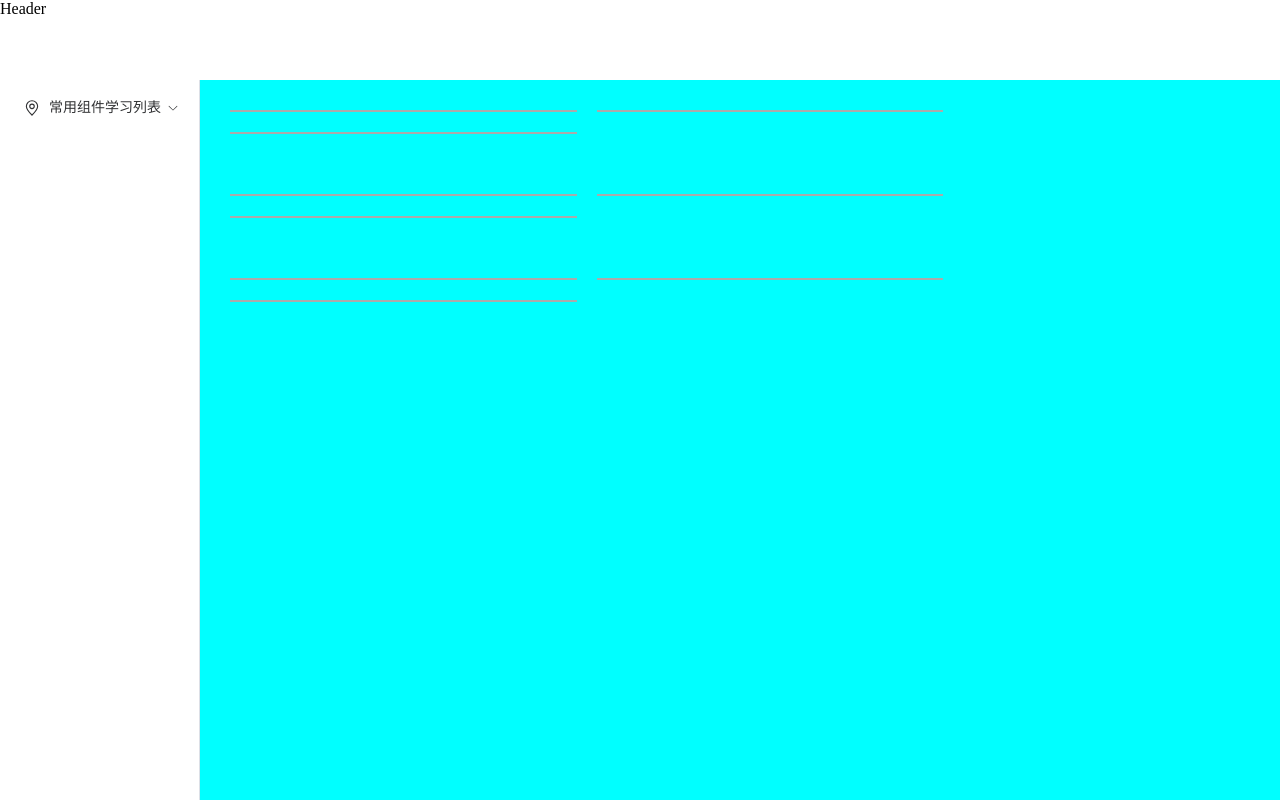
Repository: 553559555/vue3-project
Page: /#/index (app in vue3-app/)
The author's editor kept a copy of each file at every save. The page is drawn from the files as they stood at one save, then again after the next save.
The browser window is 1280 px wide. The pictures show the whole page.
The project was rebuilt for these pictures with package versions that can differ from the ones it lists, and the page was loaded fresh each time. Also part of the build but not shown: vue3-app/vite.config.ts.

Above is the page before, as saved 2025-03-24 10:54:31.

### vue3-app/src/main.ts
import { createApp } from 'vue'
import ElementPlus from 'element-plus'
import 'element-plus/dist/index.css'
import router from './router'
import pinia from './stores'
import './style.css'
import App from './App.vue'

const app = createApp(App)
app.use(ElementPlus)
app.use(router)
app.use(pinia)

app.mount('#app')

### vue3-app/src/router/index.ts
import { createRouter, createWebHashHistory, createWebHistory } from 'vue-router'
import type { RouteRecordRaw } from 'vue-router'

const routes: Array<RouteRecordRaw> = [
  {
    path: '/',
    name: 'Login',
    component: () => import('../views/login.vue')
  },
  {
    path: '/index',
    name: 'index',
    component: () => import('../views/index.vue'),
    children: [
      {
        path: '',
        name: 'Home',
        component: () => import('../views/Home.vue')
      },
      {
        path: '/about',
        name: 'About',
        component: () => import('../views/About.vue')
      }
    ]
  }

]

const router = createRouter({
  history: createWebHashHistory(),
  routes
})

export default router

### vue3-app/src/stores/index.ts
import { createPinia } from 'pinia'

const pinia = createPinia()

export default pinia

### vue3-app/src/style.css
/* CSS 重置 */
* {
  margin: 0;
  padding: 0;
  box-sizing: border-box;
}

### vue3-app/src/App.vue
<script setup lang="ts">
import { RouterView } from 'vue-router'
</script>

<template>
    <router-view />
</template>

### vue3-app/src/views/index.vue
<template>
    <div>
        <el-header>Header</el-header>
        <el-container>
            <el-aside width="200px">
                <home-left />
            </el-aside>
            <el-main>
                <router-view>
                </router-view>
            </el-main>
        </el-container>
    </div>
</template>

<script setup>

import { RouterView } from 'vue-router'
import HomeLeft from './components/home-left.vue'

</script>



<style scoped lang="scss">
div {
    width: 100vw;
    height: 100vh;
    box-sizing: border-box;

    .el-header {
        height: 80px;
        padding: 0;
    }


    .el-container {
        height: 100%;
        width: 100%;
    }

    .el-main {
        margin: 0px;
        padding: 0px;
        width: 100%;
        height: 100%;
    }
}
</style>

### vue3-app/src/views/Home.vue
<template>
  <div class="home-container">
    <el-row class="row" :span="8">
      <el-col :span="8">
        <div class="grid-content ep-bg-purple-dark" />
      </el-col>
      <el-col :span="8">
        <div class="grid-content ep-bg-purple-dark" />
      </el-col>
      <el-col :span="8">
        <div class="grid-content ep-bg-purple-dark" />
      </el-col>
    </el-row>

    <el-row class="row" :span="8">
      <el-col :span="8">
        <div class="grid-content ep-bg-purple-dark" />
      </el-col>
      <el-col :span="8">
        <div class="grid-content ep-bg-purple-dark" />
      </el-col>
      <el-col :span="8">
        <div class="grid-content ep-bg-purple-dark" />
      </el-col>
    </el-row>

    <el-row class="row" :span="8">
      <el-col :span="8">
        <div class="grid-content ep-bg-purple-dark" />
      </el-col>
      <el-col :span="8">
        <div class="grid-content ep-bg-purple-dark" />
      </el-col>
      <el-col :span="8">
        <div class="grid-content ep-bg-purple-dark" />
      </el-col>
    </el-row>

  </div>
</template>

<script lang="ts" setup>

</script>

<style scoped lang="scss">
.home-container {
  width: 100%;
  height: 100%;
  background-color: aqua;

  .row {
    padding: 20px;

    .el-col {
      margin: 10px;
      border: solid 1px #aaa;
    }
  }
}
</style>

### vue3-app/src/views/components/home-left.vue
<template>
    <div class="home-left-container">
        <el-menu default-active="2" class="el-menu-vertical-demo" @open="handleOpen" @close="handleClose"
            @select="handleSelect">
            <el-sub-menu v-for="(items, index) in listData" :index="items.name" :key="index">
                <template #title>
                    <el-icon>
                        <location />
                    </el-icon>
                    <span>{{ items.name }}</span>
                </template>
                <el-menu-item v-for="(item, index) in items.children" :index="item.name" :key="index">
                    <el-icon>
                        <location />
                    </el-icon>
                    <span>{{ item.name }}</span>
                </el-menu-item>
            </el-sub-menu>
        </el-menu>
    </div>
</template>

<script setup>
import { Location } from "@element-plus/icons-vue";

import { reactive, ref } from "vue";
const listData = reactive([
    {
        name: "常用组件学习列表",
        children: [
            {
                name: 'button'
            },
            {
                name: 'input'
            }
        ],
    },
]);
const isCollapse = ref(true);
const handleOpen = (key, keyPath) => {
    console.log(key, keyPath);
};
const handleClose = (key, keyPath) => {
    console.log(key, keyPath);
};

const handleSelect = (key, keyPath) => {
    console.log(key, keyPath);
};
</script>

<style scoped lang="scss">
.home-left-container {
    height: 100%;
    width: 100%;
    background-color: #fff;

    .el-menu-vertical-demo:not(.el-menu--collapse) {
        width: 200px;
        min-height: 100%;
    }
}
</style>

Loaded but not shown: vue3-app/index.html (common file)

After the next save:
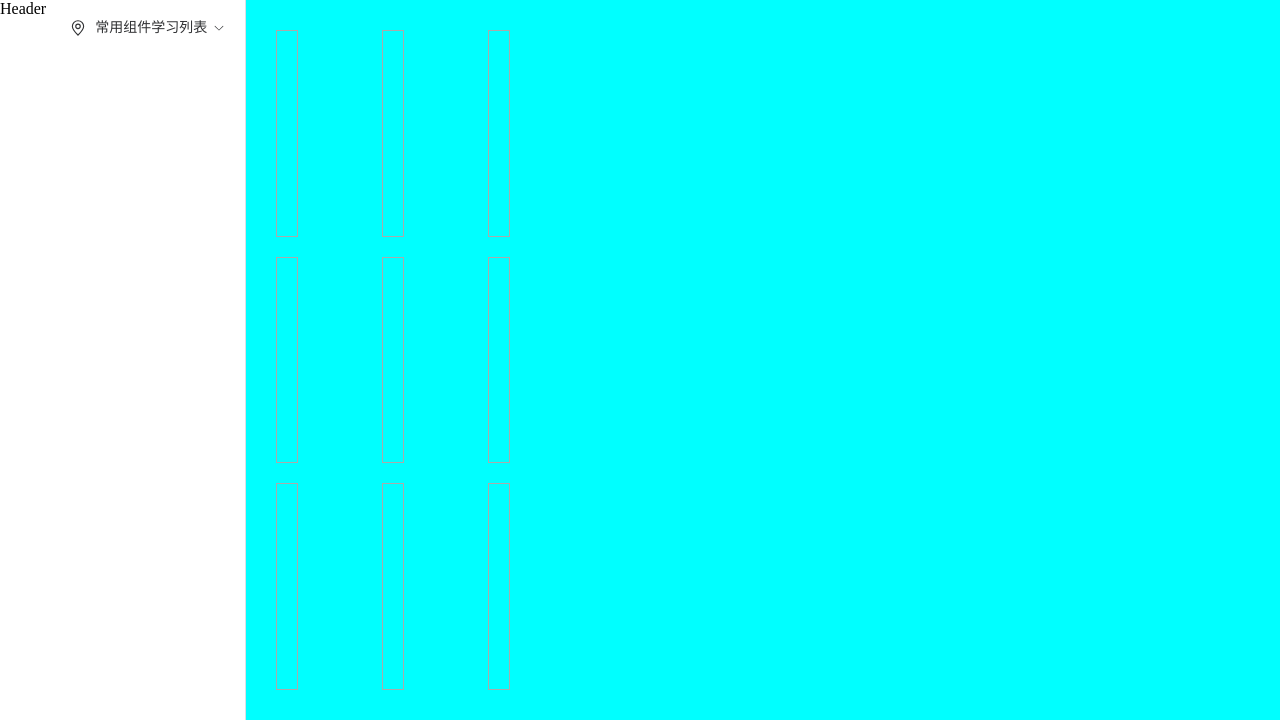
Saved 17 s later.
--- a/vue3-app/src/views/index.vue
+++ b/vue3-app/src/views/index.vue
@@ -27,6 +27,7 @@ div {
     width: 100vw;
     height: 100vh;
     box-sizing: border-box;
+    display: flex;
 
     .el-header {
         height: 80px;
@@ -35,8 +36,7 @@ div {
 
 
     .el-container {
-        height: 100%;
-        width: 100%;
+        flex: 1;
     }
 
     .el-main {
